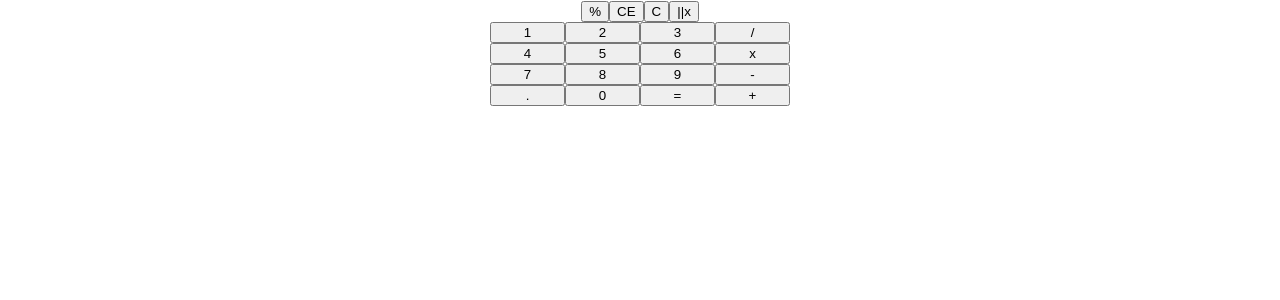
Repository: hoangphuong965/calculator_react
Page: /
An editor plug-in stored every save of this project. The page is shown before and after a run of saves, followed by the edit.
The browser window is 1280 px wide. The pictures show the whole page.
The project was rebuilt for these pictures with package versions that can differ from the ones it lists, and the page was loaded fresh each time.

Above is the page before, as saved 2020-08-04 08:12:00.

### src/App.js
import React from "react";
import "./App.css";
import Key from "./component/Key";

function App() {
  return <div className="App">
    <Key />
  </div>;
}

export default App;

### src/App.css
.App {
  text-align: center;
  width: 300px;
  margin: auto;
}

.App-logo {
  height: 40vmin;
  pointer-events: none;
}

@media (prefers-reduced-motion: no-preference) {
  .App-logo {
    animation: App-logo-spin infinite 20s linear;
  }
}

.App-header {
  background-color: #282c34;
  min-height: 100vh;
  display: flex;
  flex-direction: column;
  align-items: center;
  justify-content: center;
  font-size: calc(10px + 2vmin);
  color: white;
}

.App-link {
  color: #61dafb;
}

@keyframes App-logo-spin {
  from {
    transform: rotate(0deg);
  }
  to {
    transform: rotate(360deg);
  }
}



.key-number{
  display: grid;
  grid-template-columns: 1fr 1fr 1fr 1fr;
}

### src/component/Key.js
import React from "react";

function Key() {
  return (
    <div className="key">
      <div className="key-controls">
        <button className="data-ctr">%</button>
        <button className="data-ctr">CE</button>
        <button className="data-ctr">C</button>
        <button className="data-ctr">||x</button>
      </div>
      <div className="key-number">
        <button className="data-key">1</button>
        <button className="data-key">2</button>
        <button className="data-key">3</button>
        <button className="data-key">/</button>
        <button className="data-key">4</button>
        <button className="data-key">5</button>
        <button className="data-key">6</button>
        <button className="data-key">x</button>
        <button className="data-key">7</button>
        <button className="data-key">8</button>
        <button className="data-key">9</button>
        <button className="data-key">-</button>
        <button className="data-key">.</button>
        <button className="data-key">0</button>
        <button className="data-key">=</button>
        <button className="data-key">+</button>
      </div>
    </div>
  );
}

export default Key;

Loaded but not shown: public/index.html (common file); src/index.js (common file); src/index.css (common file); src/serviceWorker.js (common file)

After the next 3 saves:
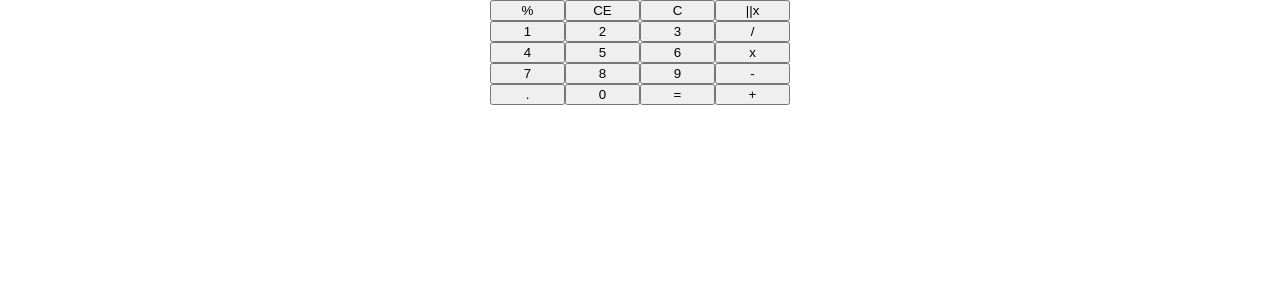
The 3 saves are shown as one change because they came seconds apart.
The last was saved 19 s later.
--- a/src/App.css
+++ b/src/App.css
@@ -39,9 +39,8 @@
   }
 }
 
-
-
-.key-number{
+.key-number,
+.key-controls {
   display: grid;
   grid-template-columns: 1fr 1fr 1fr 1fr;
 }
